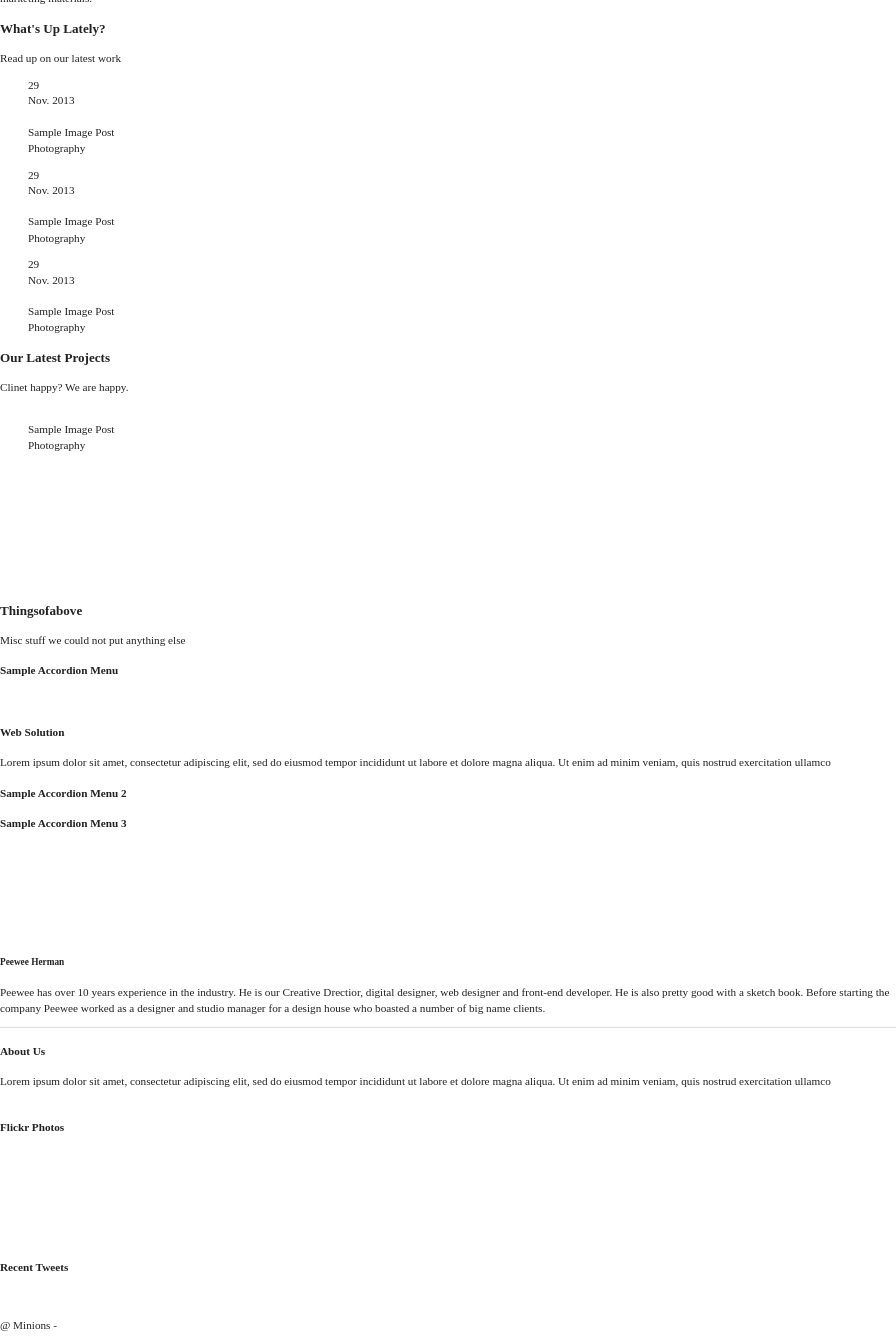
Repository: claudiashin/metrolics
Page: index.html
These files come from the project's save history. The page is drawn as it stood at one moment and after the next save; the edit follows.
The browser window is 1280 px wide. The pictures show the part of the page from y = 1300 to 3220 px (the page is 3220 px tall), at 70% of full size.

Above is the page before, as saved 2021-01-27 16:47:07.

### index.html
<!doctype html>
<html class="no-js" lang="EN">

<head>
  <meta charset="utf-8">
  <title>MDIA 2003 Lab 3</title>
  <meta name="description" content="">
  <meta name="viewport" content="width=device-width, initial-scale=1">

  <link rel="manifest" href="site.webmanifest">
  <link rel="apple-touch-icon" href="icon.png">
  <!-- Place favicon.ico in the root directory -->

  <link rel="stylesheet" href="css/normalize.css">
  <link rel="stylesheet" href="css/main.css">
</head>

<body>
  <header class="page_header">
    <div class="logo">
      <div><h1>Metrolics</h1></div>
      <div class="logoimg"><img src=""></div>
    </div>
  </header>

  <nav class="page_nav">
    <div class="nav_container">
      <div class="nav_icon">
        <div><img src=""></div>
        <a href="">Home</a>
      </div>
      <div class="nav_icon">
        <div><img src=""></div>
        <a href="">Pages</a>
      </div><div class="nav_icon">
        <div><img src=""></div>
        <a href="">Blog</a>
      </div><div class="nav_icon">
        <div><img src=""></div>
        <a href="">Portfolio</a>
      </div><div class="nav_icon">
        <div><img src=""></div>
        <a href="">Home</a>
      </div>
    </div>
  </nav>

  <section class="main_container">
    <div class="hero_img">
      <img src="">
    </div>
    <div class="">
      <h2>Metro Style</h2>
      <h2>Retina Ready</h2>
      <h2>Responsive Design</h2>
    </div>
  </section>

  <section class="main_container">
    <div>
      <h1>Hey Guys! This is the <span class="textcol">Metrolics</span> theme.<br>It sports a responsive layout with a mobile layout.</h1>
    </div>
  </section>

  <section class="main_container">
    <div class="container">
      <h3>Things That We Do</h3>
      <p>Ask us what we can do for you</p>
    </div>
    <div class="container">
      <div class="container_feature">
        <div class="feature_img">
          <img src="">
        </div>
        <div><h4>Web Solutions</h4></div>
        <div><p>We are a fairly small, flexible design studio that designs for print
          and web. We work flexibley with clinets to fulfil their design needs. Whether
          you need to create a brand from scratch, including marketing materials.
        </p></div>
      </div>
    </div>
    <div class="container">
      <div class="container_feature">
        <div class="feature_img">
          <img src="">
        </div>
        <div><h4>Photography</h4></div>
        <div><p>We are a fairly small, flexible design studio that designs for print
          and web. We work flexibley with clinets to fulfil their design needs. Whether
          you need to create a brand from scratch, including marketing materials.
        </p></div>
      </div>
    </div><div class="container">
      <div class="container_feature">
        <div class="feature_img">
          <img src="">
        </div>
        <div><h4>Web Development</h4></div>
        <div><p>We are a fairly small, flexible design studio that designs for print
          and web. We work flexibley with clinets to fulfil their design needs. Whether
          you need to create a brand from scratch, including marketing materials.
        </p></div>
      </div>
    </div><div class="container">
      <div class="container_feature">
        <div class="feature_img">
          <img src="">
        </div>
        <div><h4>Web Design</h4></div>
        <div><p>We are a fairly small, flexible design studio that designs for print
          and web. We work flexibley with clinets to fulfil their design needs. Whether
          you need to create a brand from scratch, including marketing materials.
        </p></div>
      </div>
    </div>
  </section>

  <section class="main_container">
    <div class="container">
      <h3>What's Up Lately?</h3>
      <p>Read up on our latest work</p>
    </div>
    <div class="container">
      <figure>
        <figcaption>29 <br> Nov. 2013</figcaption>
        <img src="" value="">
        <figcaption>Sample Image Post <br> Photography</figcaption>
      </figure>
    </div>
    <div class="container">
      <figure>
        <figcaption>29 <br> Nov. 2013</figcaption>
        <img src="" value="">
        <figcaption>Sample Image Post <br> Photography</figcaption>
      </figure>
    </div>
    <div class="container">
      <figure>
        <figcaption>29 <br> Nov. 2013</figcaption>
        <img src="" value="">
        <figcaption>Sample Image Post <br> Photography</figcaption>
      </figure>
    </div>
  </section>

  <section class="main_container">
    <div class="container">
      <h3>Our Latest Projects </h3>
      <p>Clinet happy? We are happy.</p>
    </div>
    <div class="container">
      <figure>
        <img src="" value="">
        <figcaption>Sample Image Post <br> Photography</figcaption>
      </figure>
    </div>
    <div class="container">
      <figure>
        <img src="" value="">
      </figure>
    </div>
    <div class="container">
      <figure>
        <img src="" value="">
      </figure>
    </div>
    <div class="container">
      <figure>
        <img src="" value="">
      </figure>
    </div>
    <div class="container">
      <figure>
        <img src="" value="">
      </figure>
    </div>
    <div class="container">
      <figure>
        <img src="" value="">
      </figure>
    </div>
  </section>

  <section class="main_container">
    <div class="container">
      <h3>Thingsofabove </h3>
      <p>Misc stuff we could not put anything else</p>
    </div>

    <div class="container">
      <div class="items">
        <h4>Sample Accordion Menu</h4>
      </div>
      <div class="items">
        <div class="items_contents">
          <img src="">
        </div>
        <div class="itmes_contents">
          <h4>Web Solution</h4>
          <p>Lorem ipsum dolor sit amet, consectetur adipiscing elit, sed do eiusmod tempor incididunt
            ut labore et dolore magna aliqua. Ut enim ad minim veniam, quis nostrud exercitation ullamco</p>
        </div>
      </div>
      <div class="items">
        <h4>Sample Accordion Menu 2</h4>
      </div>
      <div class="items">
        <h4>Sample Accordion Menu 3</h4>
      </div>
    </div>

    <div class="container">

    </div>

  </section>

  <section class="main_container">
    <div class="logo_img">
      <img src="">
    </div>
    <div class="logo_img">
      <img src="">
    </div>
    <div class="logo_img">
      <img src="">
    </div>
    <div class="logo_img">
      <img src="">
    </div>
    <div class="logo_img">
      <img src="">
    </div>
  </section>

  <footer>
    <section class="footer_container">
      <div class="avartar">
        <div class="avrtar_img"><img src=""></div>
        <div>
          <h5>Peewee Herman</h5>
          <p>Peewee has over 10 years experience in the industry. He is our Creative Drectior,
            digital designer, web designer and front-end developer. He is also pretty good with a
            sketch book. Before starting the company Peewee worked as a designer and studio manager
            for a design house who boasted a number of big name clients.
          </p>
        </div>
      </div>
    </section>

    <div><hr></div>

    <section class="footer_contaier">
      <div class="info">
        <div class="info_title"><h4>About Us</h4></div>
        <div class="info_contents">Lorem ipsum dolor sit amet, consectetur adipiscing elit, sed do eiusmod tempor incididunt
          ut labore et dolore magna aliqua. Ut enim ad minim veniam, quis nostrud exercitation ullamco</div>
        <div class="info_sns">
          <nav>
            <a href=""><img src=""></a>
            <a href=""><img src=""></a>
            <a href=""><img src=""></a>
            <a href=""><img src=""></a>
            <a href=""><img src=""></a>
          </nav>
        </div>
      </div>
      <div class="info">
        <div class="info_title"><h4>Flickr Photos</h4></div>
        <div class="info_photo">
          <div><img src=""></div>
          <div><img src=""></div>
          <div><img src=""></div>
          <div><img src=""></div>
          <div><img src=""></div>
          <div><img src=""></div>
        </div>
      </div>
      <div class="info">
        <div class="info_title"><h4>Recent Tweets</h4></div>
        <div class="info_tweets">
          <div class="tweet"><img src=""></div>
          <div class="tweet"><p>@ Minions - </p></div>
        </div>
      </div>
      <div class="info">

      </div>

    </section>
  </footer>
</body>

</html>

### css/main.css
/*! HTML5 Boilerplate v8.0.0 | MIT License | https://html5boilerplate.com/ */

/* main.css 2.1.0 | MIT License | https://github.com/h5bp/main.css#readme */
/*
 * What follows is the result of much research on cross-browser styling.
 * Credit left inline and big thanks to Nicolas Gallagher, Jonathan Neal,
 * Kroc Camen, and the H5BP dev community and team.
 */

/* ==========================================================================
   Base styles: opinionated defaults
   ========================================================================== */

html {
  color: #222;
  font-size: 1em;
  line-height: 1.4;
}

/*
 * Remove text-shadow in selection highlight:
 * https://twitter.com/miketaylr/status/12228805301
 *
 * Vendor-prefixed and regular ::selection selectors cannot be combined:
 * https://stackoverflow.com/a/16982510/7133471
 *
 * Customize the background color to match your design.
 */

::-moz-selection {
  background: #b3d4fc;
  text-shadow: none;
}

::selection {
  background: #b3d4fc;
  text-shadow: none;
}

/*
 * A better looking default horizontal rule
 */

hr {
  display: block;
  height: 1px;
  border: 0;
  border-top: 1px solid #ccc;
  margin: 1em 0;
  padding: 0;
}

/*
 * Remove the gap between audio, canvas, iframes,
 * images, videos and the bottom of their containers:
 * https://github.com/h5bp/html5-boilerplate/issues/440
 */

audio,
canvas,
iframe,
img,
svg,
video {
  vertical-align: middle;
}

/*
 * Remove default fieldset styles.
 */

fieldset {
  border: 0;
  margin: 0;
  padding: 0;
}

/*
 * Allow only vertical resizing of textareas.
 */

textarea {
  resize: vertical;
}

/* ==========================================================================
   Author's custom styles
   ========================================================================== */

/* ==========================================================================
   Helper classes
   ========================================================================== */

/*
 * Hide visually and from screen readers
 */

.hidden,
[hidden] {
  display: none !important;
}

/*
 * Hide only visually, but have it available for screen readers:
 * https://snook.ca/archives/html_and_css/hiding-content-for-accessibility
 *
 * 1. For long content, line feeds are not interpreted as spaces and small width
 *    causes content to wrap 1 word per line:
 *    https://medium.com/@jessebeach/beware-smushed-off-screen-accessible-text-5952a4c2cbfe
 */

.sr-only {
  border: 0;
  clip: rect(0, 0, 0, 0);
  height: 1px;
  margin: -1px;
  overflow: hidden;
  padding: 0;
  position: absolute;
  white-space: nowrap;
  width: 1px;
  /* 1 */
}

/*
 * Extends the .sr-only class to allow the element
 * to be focusable when navigated to via the keyboard:
 * https://www.drupal.org/node/897638
 */

.sr-only.focusable:active,
.sr-only.focusable:focus {
  clip: auto;
  height: auto;
  margin: 0;
  overflow: visible;
  position: static;
  white-space: inherit;
  width: auto;
}

/*
 * Hide visually and from screen readers, but maintain layout
 */

.invisible {
  visibility: hidden;
}

/*
 * Clearfix: contain floats
 *
 * For modern browsers
 * 1. The space content is one way to avoid an Opera bug when the
 *    `contenteditable` attribute is included anywhere else in the document.
 *    Otherwise it causes space to appear at the top and bottom of elements
 *    that receive the `clearfix` class.
 * 2. The use of `table` rather than `block` is only necessary if using
 *    `:before` to contain the top-margins of child elements.
 */

.clearfix::before,
.clearfix::after {
  content: " ";
  display: table;
}

.clearfix::after {
  clear: both;
}

/* ==========================================================================
   EXAMPLE Media Queries for Responsive Design.
   These examples override the primary ('mobile first') styles.
   Modify as content requires.
   ========================================================================== */

@media only screen and (min-width: 35em) {
  /* Style adjustments for viewports that meet the condition */
}

@media print,
  (-webkit-min-device-pixel-ratio: 1.25),
  (min-resolution: 1.25dppx),
  (min-resolution: 120dpi) {
  /* Style adjustments for high resolution devices */
}

/* ==========================================================================
   Print styles.
   Inlined to avoid the additional HTTP request:
   https://www.phpied.com/delay-loading-your-print-css/
   ========================================================================== */

@media print {
  *,
  *::before,
  *::after {
    background: #fff !important;
    color: #000 !important;
    /* Black prints faster */
    box-shadow: none !important;
    text-shadow: none !important;
  }

  a,
  a:visited {
    text-decoration: underline;
  }

  a[href]::after {
    content: " (" attr(href) ")";
  }

  abbr[title]::after {
    content: " (" attr(title) ")";
  }

  /*
   * Don't show links that are fragment identifiers,
   * or use the `javascript:` pseudo protocol
   */
  a[href^="#"]::after,
  a[href^="javascript:"]::after {
    content: "";
  }

  pre {
    white-space: pre-wrap !important;
  }

  pre,
  blockquote {
    border: 1px solid #999;
    page-break-inside: avoid;
  }

  /*
   * Printing Tables:
   * https://web.archive.org/web/20180815150934/http://css-discuss.incutio.com/wiki/Printing_Tables
   */
  thead {
    display: table-header-group;
  }

  tr,
  img {
    page-break-inside: avoid;
  }

  p,
  h2,
  h3 {
    orphans: 3;
    widows: 3;
  }

  h2,
  h3 {
    page-break-after: avoid;
  }
}

Loaded but not shown: css/normalize.css (library)

After the next save:
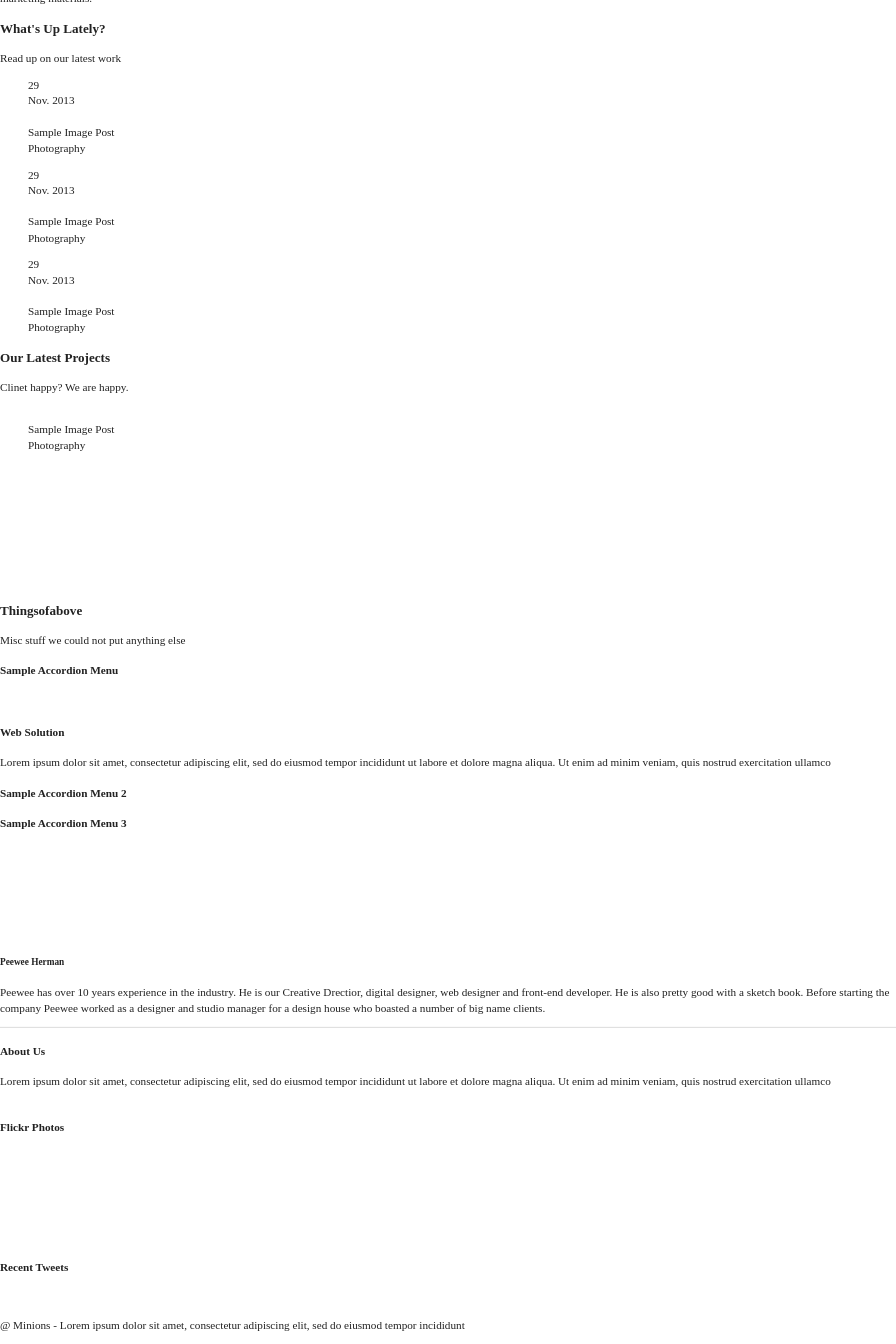
Saved 17 s later.
--- a/index.html
+++ b/index.html
@@ -280,7 +280,7 @@
         <div class="info_title"><h4>Recent Tweets</h4></div>
         <div class="info_tweets">
           <div class="tweet"><img src=""></div>
-          <div class="tweet"><p>@ Minions - </p></div>
+          <div class="tweet"><p>@ Minions - Lorem ipsum dolor sit amet, consectetur adipiscing elit, sed do eiusmod tempor incididunt</p></div>
         </div>
       </div>
       <div class="info">
